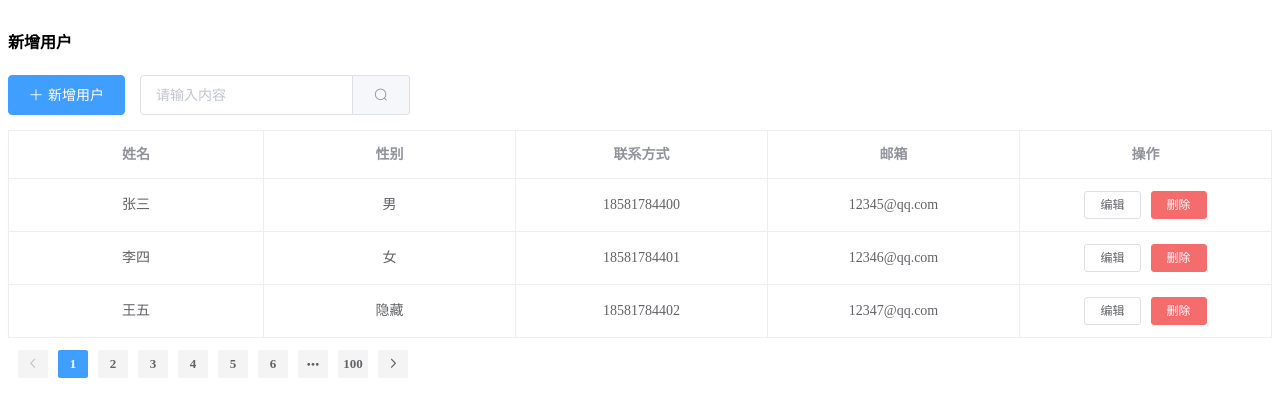
Repository: xinwuhao/New-user
Page: /
The author's editor kept a copy of each file at every save. The page is drawn from the files as they stood at one save, then again after the next save.
The browser window is 1280 px wide. The pictures show the whole page.
The project was rebuilt for these pictures with package versions that can differ from the ones it lists, and the page was loaded fresh each time.

Above is the page before, as saved 2021-12-21 17:10:32.

### src/main.js
import Vue from 'vue'
import App from './App.vue'
import router from './router'
import store from './store'
import ElementUI from 'element-ui';
import 'element-ui/lib/theme-chalk/index.css';

Vue.use(ElementUI);
Vue.config.productionTip = false

new Vue({
  router,
  store,
  el: '#app',
  render: h => h(App)
}).$mount('#app')

### src/views/Home.vue
<template>
  <div class="container">
    <div class="content">
      <h4>新增用户</h4>
      <div class="flex">
        <el-button
          type="primary"
          icon="el-icon-plus"
          @click="dialogVisible = true"
          >新增用户</el-button
        >
        <div style="margin-left: 15px">
          <el-input
            placeholder="请输入内容"
            v-model="input"
            @input="seek(list, input)"
          >
            <el-button
              slot="append"
              icon="el-icon-search"
              @click="search(list, input)"
            ></el-button>
          </el-input>
        </div>
      </div>
      <!-- 用户列表 -->
      <div>
        <el-table :data="arr" border style="width: 100%">
          <el-table-column prop="name" label="姓名" align="center">
          </el-table-column>
          <el-table-column prop="sex" label="性别" align="center">
          </el-table-column>
          <el-table-column prop="contact" label="联系方式" align="center">
          </el-table-column>
          <el-table-column prop="mailbox" label="邮箱" align="center">
          </el-table-column>
          <el-table-column label="操作" align="center">
            <template slot-scope="scope">
              <el-button size="mini" @click="Edit(scope.$index, scope.row)"
                >编辑</el-button
              >
              <el-button
                size="mini"
                type="danger"
                @click="Delete(scope.$index, scope.row)"
                >删除</el-button
              >
            </template>
          </el-table-column>
        </el-table>
        <div style="margin-top: 10px;">
          <el-pagination background layout="prev, pager, next" :total="1000">
          </el-pagination>
        </div>
      </div>
      <!-- 新增内容弹出层 -->
      <el-dialog title="提示" :visible.sync="dialogVisible" width="30%">
        <el-form
          :model="ruleForm"
          :rules="rules"
          ref="ruleForm"
          label-width="100px"
          class="demo-ruleForm"
        >
          <el-form-item label="名称" prop="name">
            <el-input v-model="ruleForm.name"></el-input>
          </el-form-item>
          <el-form-item label="性别" prop="sex">
            <el-radio-group
              v-model="ruleForm.sex"
              v-for="(item, index) in sex"
              :key="index"
            >
              <el-radio :label="item" style="margin-right: 10px"></el-radio>
            </el-radio-group>
          </el-form-item>
          <el-form-item label="手机号码" prop="contact">
            <el-input v-model="ruleForm.contact"></el-input>
          </el-form-item>
          <el-form-item label="邮箱" prop="mailbox">
            <el-input v-model="ruleForm.mailbox"></el-input>
          </el-form-item>
          <el-form-item>
            <el-button type="primary" @click="submitForm('ruleForm')">
              <div v-if="edit == false">立即新增</div>
              <div v-else>修改</div>
            </el-button>
            <el-button @click="resetForm('ruleForm')">取消</el-button>
          </el-form-item>
        </el-form>
      </el-dialog>
    </div>
  </div>
</template>

<script>
//引入子组件

export default {
  name: "",
  props: {},
  data() {
    return {
      dialogVisible: false,
      edit: false,
      id: "",
      input: "",
      list: [
        {
          name: "张三",
          sex: "男",
          contact: "18581784400",
          mailbox: "12345@qq.com",
        },
        {
          name: "李四",
          sex: "女",
          contact: "18581784401",
          mailbox: "12346@qq.com",
        },
        {
          name: "王五",
          sex: "隐藏",
          contact: "18581784402",
          mailbox: "12347@qq.com",
        },
      ],
      arr: [],
      sex: ["隐藏", "男", "女"],
      ruleForm: {
        name: "",
        sex: "",
        contact: "",
        mailbox: "",
      },
      rules: {
        name: [
          { required: true, message: "请输入用户名称", trigger: "blur" },
          { min: 1, max: 5, message: "长度在 1 到 5 个字符", trigger: "blur" },
        ],
        contact: [
          { required: true, message: "请输入手机号码", trigger: "blur" },
          { min: 11, max: 11, message: "输入的手机号码有误", trigger: "blur" },
          {
            pattern:
              /^(?:(?:\+|00)86)?1(?:(?:3[\d])|(?:4[5-79])|(?:5[0-35-9])|(?:6[5-7])|(?:7[0-8])|(?:8[\d])|(?:9[189]))\d{8}$/,
            message: "输入的手机号码有误",
            trigger: "blur",
          },
        ],
        mailbox: [
          { required: true, message: "请输入邮箱", trigger: "blur" },
          {
            pattern:
              /^(([^<>()[\]\\.,;:\s@"]+(\.[^<>()[\]\\.,;:\s@"]+)*)|(".+"))@((\[[0-9]{1,3}\.[0-9]{1,3}\.[0-9]{1,3}\.[0-9]{1,3}\])|(([a-zA-Z\-0-9]+\.)+[a-zA-Z]{2,}))$/,
            message: "输入的邮箱有误",
            trigger: "blur",
          },
        ],
        sex: [{ required: true, message: "性别", trigger: "change" }],
      },
    };
  },
  components: {},
  methods: {
    //表单创建按钮
    submitForm(formName) {
      this.$refs[formName].validate((valid) => {
        if (valid) {
          this.dialogVisible = false;
          if (this.edit == false) {
            //新增
            this.$message.success("新增成功");
            this.list.unshift(this.ruleForm);
          } else {
            //修改
            this.$message.success("修改成功");
            this.list.map((item, index) => {
              if (this.id == index) {
                item = this.ruleForm;
              }
            });
          }
          this.edit = false;
        } else {
          this.$message.error("您还有信息没有填写或者填写的信息有误");
          return false;
        }
      });
    },
    //表单取消按钮
    resetForm(formName) {
      this.$refs[formName].resetFields();
      this.dialogVisible = false;
      this.edit = false;
    },
    //搜索
    search(list, e) {
      let reg = new RegExp(e);
      this.arr = [];
      for (let i = 0; i < list.length; i++) {
        if (reg.test(list[i].name)) {
          this.arr.push(list[i]);
        }
      }
    },
    seek(list, e) {
      let reg = new RegExp(e);
      this.arr = [];
      for (let i = 0; i < list.length; i++) {
        if (reg.test(list[i].name)) {
          this.arr.push(list[i]);
        }
      }
      console.log(this.arr);
    },
    //编辑
    Edit(index, row) {
      this.dialogVisible = true;
      this.ruleForm = row;
      this.edit = true;
      this.id = index;
    },
    //删除
    Delete(id, row) {
      let data = [];
      this.list.map((item, index) => {
        if (index != id) {
          data.push(item);
        }
        return;
      });
      this.list = data;
      this.arr = this.list;
    },
  },
  mounted() {
    this.arr = this.list;
  },
  computed: {},
  watch: {},
};
</script>

<style lang='scss' scoped>
.container {
  display: flex;
  justify-content: center;
}
.content {
  width: 1450px;
  /* 注意适配的宽度必须大于最小适配宽度 */
}
.flex {
  display: flex;
  margin-bottom: 15px;
}
</style>

Loaded but not shown: public/index.html (common file); src/App.vue (common file); src/router/index.js (common file); src/store/index.js (common file)

After the next save:
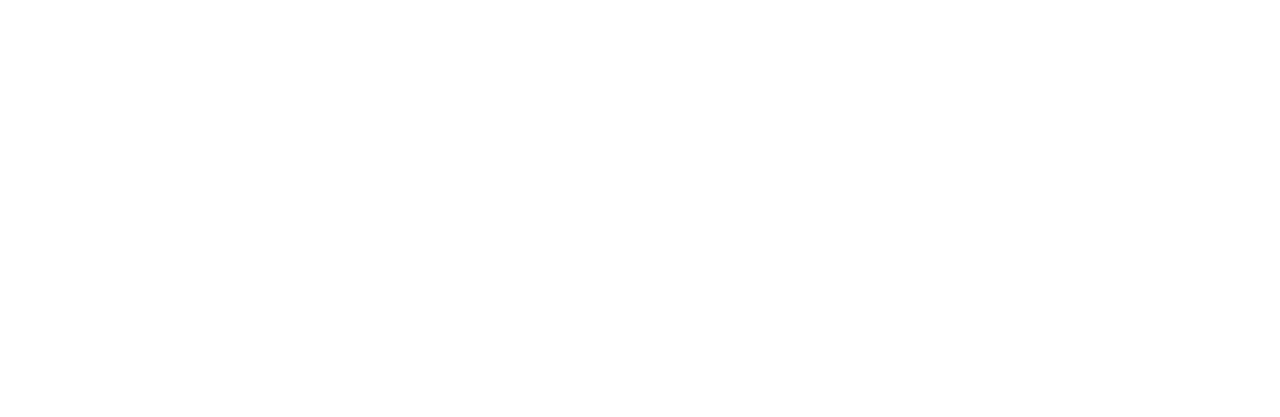
Console error: ReferenceError: c is not defined
Saved 51 s later.
--- a/src/views/Home.vue
+++ b/src/views/Home.vue
@@ -233,6 +233,7 @@
       this.list = data;
       this.arr = this.list;
     },
+    c
   },
   mounted() {
     this.arr = this.list;

After the 2 saves that followed:
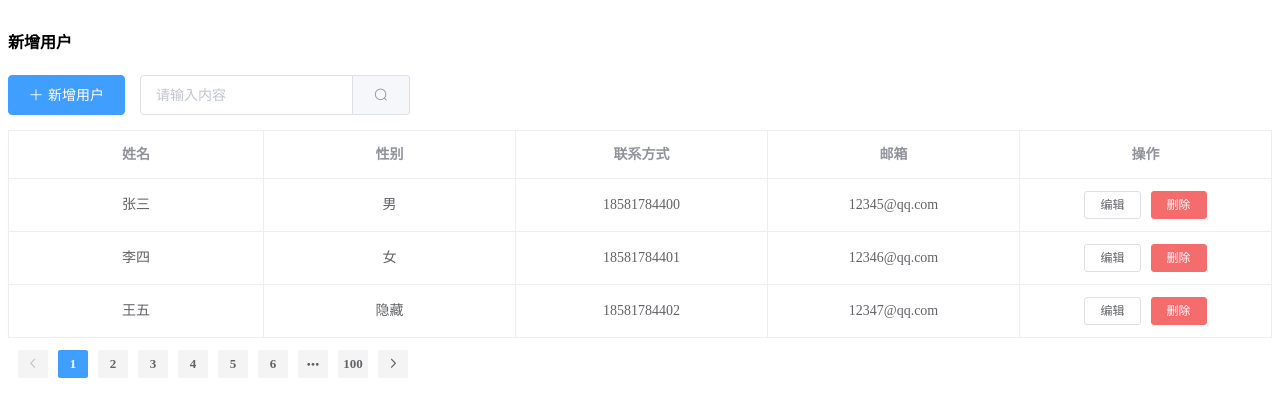
The error is gone.
The 2 saves are shown as one change because they came seconds apart.
The last was saved 6 s later.
--- a/src/views/Home.vue
+++ b/src/views/Home.vue
@@ -233,7 +233,7 @@
       this.list = data;
       this.arr = this.list;
     },
-    c
+
   },
   mounted() {
     this.arr = this.list;
